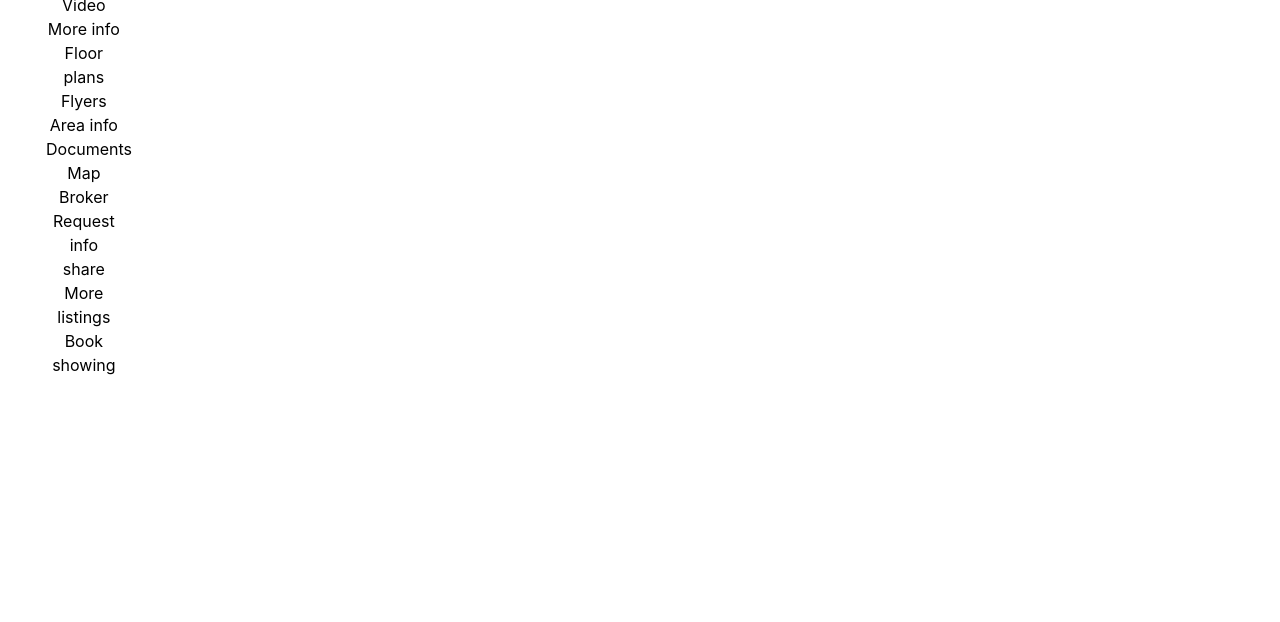
Repository: TMuse333/real-estate-landingpage
Page: /
The author's editor kept a copy of each file at every save. The page is drawn from the files as they stood at one save, then again after the next save.
The browser window is 1280 px wide. The pictures show the whole page.
The project was rebuilt for these pictures with package versions that can differ from the ones it lists, and the page was loaded fresh each time. Also part of the build but not shown: vite.config.js.

Above is the page before, as saved 2023-09-19 16:21:20.

After the next save:
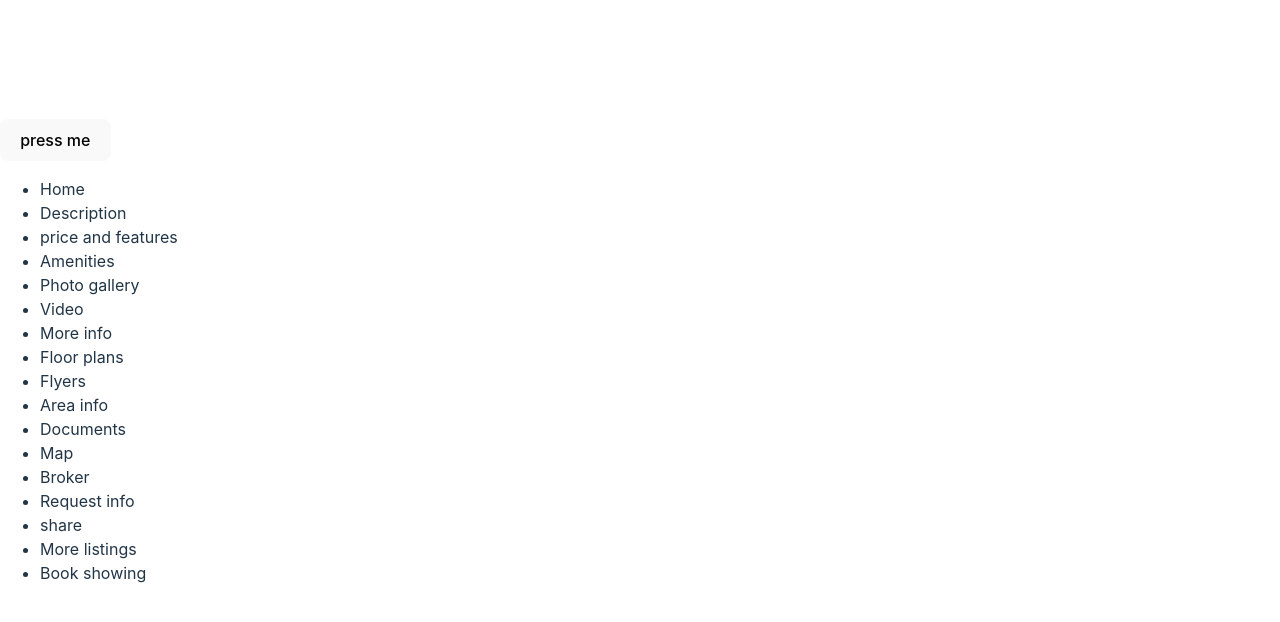
Saved 4 s later.
--- a/src/App.css
+++ b/src/App.css
@@ -1,4 +1,4 @@
-.header-container{
+/* .header-container{
   display: flex;
   justify-content: space-between;
   align-items: center;
@@ -37,7 +37,7 @@
   transform: translate(1rem,3.5rem);
   background-color: transparent;
   color: black;
-}
+} */
 
 /* @media screen and (min-width: 415px) and (min-height: 415px){
   .header-container{

After the save that followed:
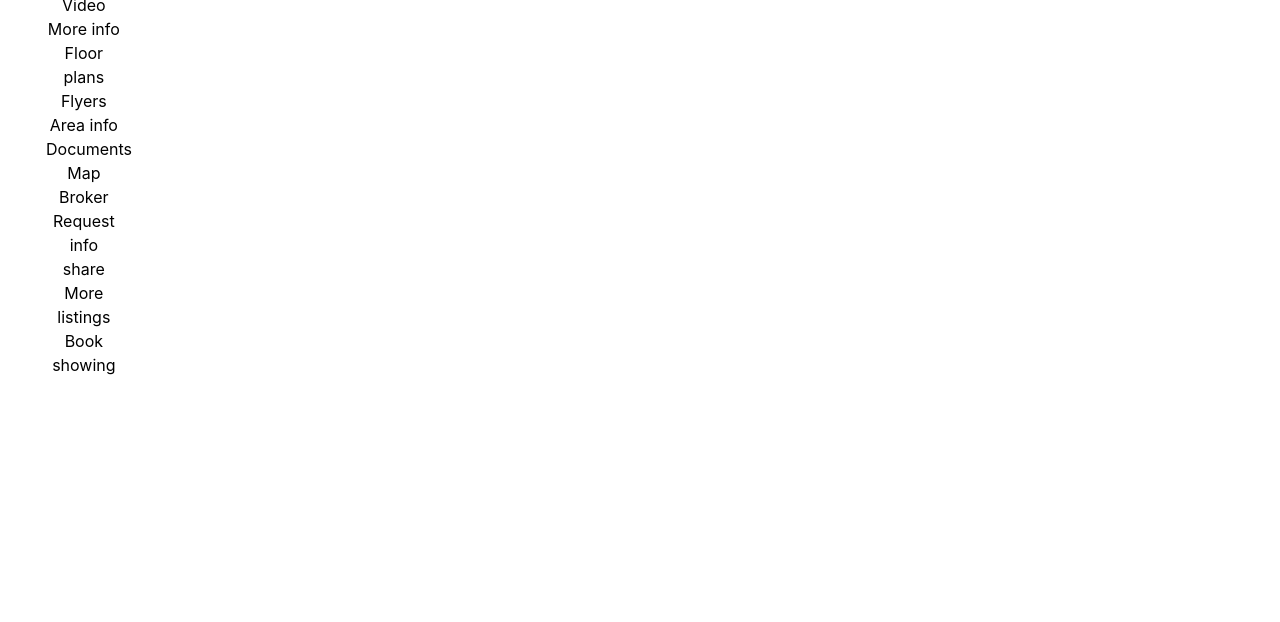
Saved 40 s later.
--- a/src/App.css
+++ b/src/App.css
@@ -1,4 +1,4 @@
-/* .header-container{
+.header-container{
   display: flex;
   justify-content: space-between;
   align-items: center;
@@ -37,7 +37,7 @@
   transform: translate(1rem,3.5rem);
   background-color: transparent;
   color: black;
-} */
+}
 
 /* @media screen and (min-width: 415px) and (min-height: 415px){
   .header-container{
